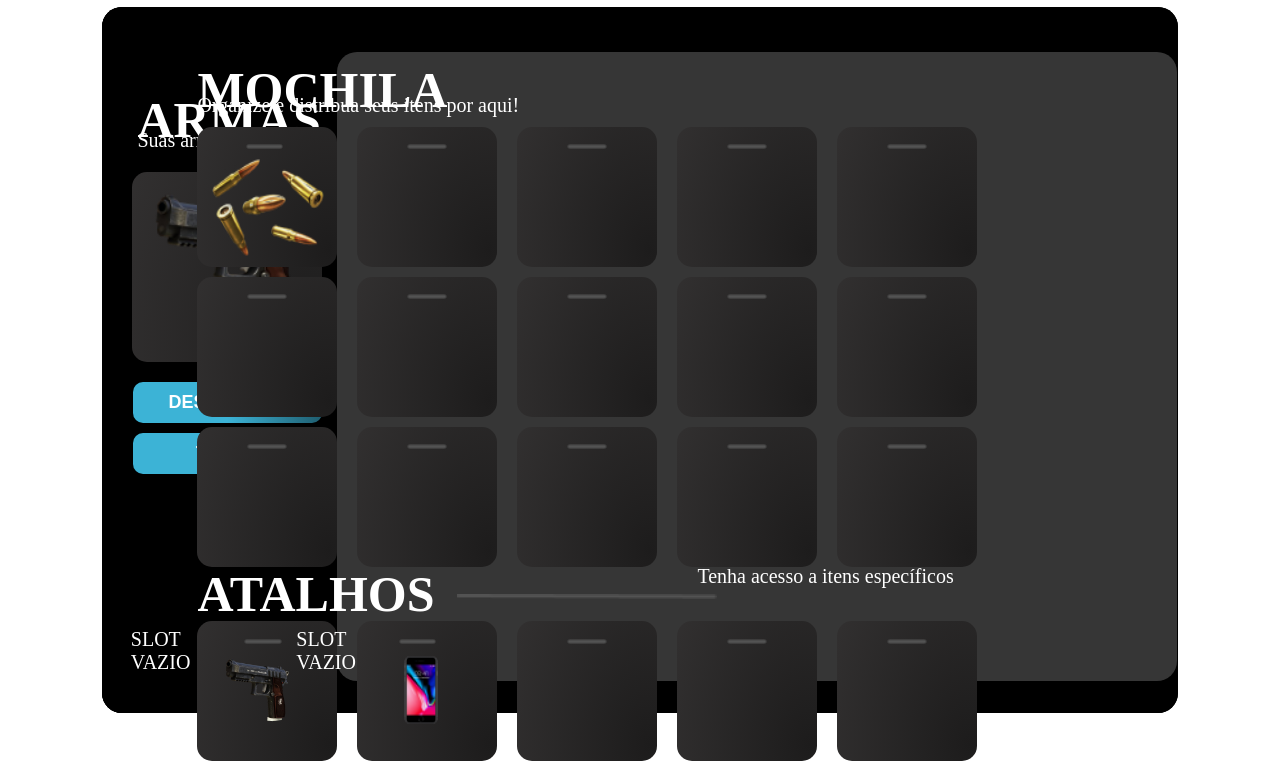
Repository: DuMCorrea/Mochila
Page: index.html
These files come from the project's save history. The page is drawn as it stood at one moment and after the next save; the edit follows.
The browser window is 1280 px wide. The pictures show the whole page.
Some web fonts or font styles are not loaded; a fallback is used.

Above is the page before, as saved 2024-09-03 10:19:27.

### index.html
<!DOCTYPE html>
<html lang="pt-BR">
<head>
    <meta charset="UTF-8">
    <meta name="viewport" content="width=device-width, initial-scale=1.0">
    <link href="https://fonts.googleapis.com/css2?family=Baloo+Bhai+2&display=swap" rel="stylesheet">
    <title>Modelo de Tela</title>
    <link rel="stylesheet" href="styles.css">
</head>
<body>
    <div class="container">
        <div class="background-rectangle">
            <div class="left-div">
                <div class="content-left">
                    <h1>ARMAS</h1>
                    <p>Suas armas equipadas!</p>
                    <div class="image-container">
                        <img src="assets/ARMA.png" alt="Imagem" />
                    </div>
                    <button class="desequipar-btn">DESEQUIPAR</button>
                    <button class="todas">TODAS</button>
                </div>
            </div>
            <div class="right-div">
                <div class="content-right">
                    <h1>MOCHILA</h1>
                    <p>Organize e distribua seus itens por aqui!</p>
                    <div class="squares-container">
                        <div class="square">
                            <img src="assets/traco.png" alt="Imagem" class="square-image-unic">
                            <img src="assets/balas.png" alt="Imagem" class="shots-image">
                        </div>
                        <div class="square">
                            <img src="assets/traco.png" alt="Imagem" class="square-image">
                        </div>
                        <div class="square">
                            <img src="assets/traco.png" alt="Imagem" class="square-image">
                        </div>
                        <div class="square">
                            <img src="assets/traco.png" alt="Imagem" class="square-image">
                        </div>
                        <div class="square">
                            <img src="assets/traco.png" alt="Imagem" class="square-image">
                        </div>
                    </div>
                    <!-- Segunda linha de quadrados -->
                    <div class="squares-containerr">
                        <div class="square">
                            <img src="assets/traco.png" alt="Imagem" class="square-image">
                        </div>
                        <div class="square">
                            <img src="assets/traco.png" alt="Imagem" class="square-image">
                        </div>
                        <div class="square">
                            <img src="assets/traco.png" alt="Imagem" class="square-image">
                        </div>
                        <div class="square">
                            <img src="assets/traco.png" alt="Imagem" class="square-image">
                        </div>
                        <div class="square">
                            <img src="assets/traco.png" alt="Imagem" class="square-image">
                        </div>
                    </div>

                    <!-- Terceira linha de quadrados -->
                    <div class="squares-containerrr">
                        <div class="square">
                            <img src="assets/traco.png" alt="Imagem" class="square-image">
                        </div>
                        <div class="square">
                            <img src="assets/traco.png" alt="Imagem" class="square-image">
                        </div>
                        <div class="square">
                            <img src="assets/traco.png" alt="Imagem" class="square-image">
                        </div>
                        <div class="square">
                            <img src="assets/traco.png" alt="Imagem" class="square-image">
                        </div>
                        <div class="square">
                            <img src="assets/traco.png" alt="Imagem" class="square-image">
                        </div>
                        </div>
                        <div class="atalhos-title-container">
                            <h1 class="atalhos-title">
                                ATALHOS
                                <img src="assets/linhaGrande.png" alt="Descrição da Imagem" class="atalhos-image">
                                <p class="atalhos-paragraph">Tenha acesso a itens específicos</p>
                            </h1>
                        </div>
                        <div class="shortcuts-container">
                            <div class="square">
                                <img src="assets/traco.png" alt="Imagem" class="square-image-unic">
                                <img src="assets/ARMA.png" class="arma-image">
                                <p style="font-size: 20px;">SLOT VAZIO</p>
                            </div>
                            <div class="square">
                                <img src="assets/traco.png" alt="Imagem" class="square-image-unic">
                                <img src="assets/celular.png" class="cell-image">
                                <p class="slot-text">SLOT VAZIO</p>
                            </div>
                            <div class="square">
                                <img src="assets/traco.png" alt="Imagem" class="square-image">
                            </div>
                            <div class="square">
                                <img src="assets/traco.png" alt="Imagem" class="square-image">
                            </div>
                            <div class="square">
                                <img src="assets/traco.png" alt="Imagem" class="square-image">
                            </div>
                        </div>

                        </div>
                        </div>
                        </div>
                        </div>
                        </body>

                        </html>

### styles.css
body, html {
    margin: 0;
    padding: 0;
    width: 100%;
    height: 100%;
    display: flex;
    justify-content: center;
    align-items: center;
    background-color: white; /* Fundo preto para o body */
    font-family: 'Baloo Bhai 2', cursive; /* Aplicando a fonte Baloo Bhai */
}

.container {
    width: 84%; /* Largura da div principal */
    height: 98%; /* Altura da div principal */
    display: flex;
    justify-content: center;
    align-items: center;
    background-color: #000000; /* Fundo preto para a div principal */
    border-radius: 20px; /* Canto arredondado */
    font-family: 'Baloo Bhai 2', cursive; /* Aplicando a fonte Baloo Bhai */
}

.background-rectangle {
    width: 100%;
    height: 100%;
    background: #000000; /* Fundo preto para o retângulo principal */
    border-radius: 20px; /* Cantos arredondados */
    display: flex;
}

.left-div {
    width: 22%; /* 25% da largura da tela */
    height: 100%;
    background-color: #000000; /* Fundo preto para a div esquerda */
    display: flex;
    justify-content: center;
    align-items: center;
    border-radius: 20px 0 0 20px; /* Canto arredondado à esquerda */
    font-family: 'Baloo Bhai 2', cursive; /* Aplicando a fonte Baloo Bhai */
}

.right-div {
    width: calc(110% - 20px); /* 73% da largura da tela menos a margem */
    height: calc(92% - 20px); /* 95% da altura menos a margem */
    background-color: #363636; /* Fundo cinza para a div direita */
    display: flex;
    justify-content: center;
    align-items: center;
    margin: 45px; /* Margem em torno da div da direita */
    border-radius: 20px; /* Cantos arredondados */
    font-family: 'Baloo Bhai 2', cursive; /* Aplicando a fonte Baloo Bhai */
}


/* DIV DA ESQUERDA */

.content-left {
    text-align: justify; /* Justifica o texto */
    display: flex;
    flex-direction: column;
    justify-content: flex-start; /* Alinha os elementos ao topo da div */
    align-items: center; /* Centraliza horizontalmente */
    height: 100%; /* Ocupa toda a altura da div esquerda */
    padding-top: 100px; /* Adiciona um espaçamento do topo */
}

.left-div h1 {
    color: white; /* Cor branca para o título */
    font-size: 50px; /* Tamanho da fonte do título */
    margin-bottom: -20px; /* Espaçamento negativo para aproximar o parágrafo */
    font-weight: 900;
    width: 100%; /* Para garantir que a justificação funcione */
    text-align: justify; /* Justifica o texto do título */
    position: relative;
    left: 35px;
}

.left-div p {
    color: white; /* Cor branca para a frase */
    font-size: 20px; /* Tamanho da fonte da frase */
    margin-top: 0; /* Remove a margem superior do parágrafo */
    width: 100%; /* Para garantir que a justificação funcione */
    text-align: justify; /* Justifica o texto da frase */
    font-weight: 100;
    position: relative;
    left: 35px;
}

.image-container {
    width: 190px; /* Largura do quadrado */
    height: 190px; /* Altura do quadrado */
    background: radial-gradient(547.21% 823.76% at 94.51% 88.04%, #1D1C1C 0%, #837E7E 100%); /* Fundo com gradiente */
    border-radius: 15px; /* Borda arredondada */
    display: flex;
    justify-content: center;
    align-items: center;
    margin-top: 0px; /* Espaçamento acima da imagem */
    position: relative;
    left: 30px;
}

.image-container img {
    width: 85%; /* Ajusta o tamanho da imagem para caber no container */
    height: 85%; /* Ajusta o tamanho da imagem para caber no container */
    border-radius: 15px; /* Borda arredondada da imagem para combinar com o container */
}

.desequipar-btn {
    margin-top: 20px; /* Espaçamento acima do botão */
    padding: 10px 20px; /* Espaçamento interno do botão */
    background: linear-gradient(90deg, #3CB3D6 49.9%, #1F5E70 100%); /* Fundo com gradiente */
    color: white; /* Cor do texto */
    font-size: 18px; /* Tamanho da fonte */
    font-weight: bold; /* Negrito no texto */
    border: none; /* Remove a borda padrão do botão */
    border-radius: 10px; /* Bordas arredondadas */
    cursor: pointer; /* Cursor de ponteiro ao passar o mouse */
    text-align: center; /* Centraliza o texto no botão */
    width: 189px; /* Largura do botão */
    position: relative;
    left: 30px;
}

.todas {
    margin-top: 10px; /* Espaçamento acima do botão */
    padding: 10px 20px; /* Espaçamento interno do botão */
    background: linear-gradient(90deg, #3CB3D6 49.9%, #1F5E70 100%); /* Fundo com gradiente */
    color: white; /* Cor do texto */
    font-size: 18px; /* Tamanho da fonte */
    font-weight: bold; /* Negrito no texto */
    border: none; /* Remove a borda padrão do botão */
    border-radius: 10px; /* Bordas arredondadas */
    cursor: pointer; /* Cursor de ponteiro ao passar o mouse */
    text-align: center; /* Centraliza o texto no botão */
    width: 189px; /* Largura do botão */
    position: relative;
    left: 30px;
}


/* DIV DA DIREITA */


.content-right {
    display: flex;
    flex-direction: column;
    justify-content: flex-start; /* Alinha os elementos ao topo da div */
    align-items: flex-start; /* Alinha os elementos à esquerda */
    height: 100%; /* Ocupa toda a altura da div direita */
    padding: 20px; /* Adiciona um espaçamento interno */
}

.right-div h1 {
    color: white; /* Cor branca para o título */
    font-size: 50px; /* Tamanho da fonte do título */
    margin-bottom: -20px; /* Espaçamento negativo para aproximar o parágrafo */
    font-weight: 900;
    width: 100%; /* Para garantir que a justificação funcione */
    text-align: left; /* Alinha o texto à esquerda */
    position: relative; /* Posicionamento relativo para o elemento abaixo */
    right: 160px;
    bottom: 25px;
}

.right-div p {
    color: white; /* Cor branca para a frase */
    font-size: 20px; /* Tamanho da fonte da frase */
    margin-top: 0; /* Remove a margem superior do parágrafo */
    width: 100%; /* Para garantir que a justificação funcione */
    text-align: left; /* Alinha o texto à esquerda */
    font-weight: 100;
    position: relative; /* Posicionamento relativo para o elemento abaixo */
    right: 160px;
    bottom: 30px;
}

.squares-container {
    display: flex; /* Exibe os quadrados em linha */
    justify-content: center; /* Centraliza os quadrados horizontalmente */
    align-items: center; /* Centraliza os quadrados verticalmente */
    width: 100%; /* Largura total para o contêiner */
    height: 50%; /* Altura do contêiner */
    position: relative;
    right: 170px;
    bottom: 40px;
}

.squares-containerr {
    display: flex; /* Exibe os quadrados em linha */
    justify-content: center; /* Centraliza os quadrados horizontalmente */
    align-items: center; /* Centraliza os quadrados verticalmente */
    width: 100%; /* Largura total para o contêiner */
    height: 50%; /* Altura do contêiner */
    position: relative;
    right: 170px;
    bottom: 30px;

}
.squares-containerrr {
    display: flex; /* Exibe os quadrados em linha */
    justify-content: center; /* Centraliza os quadrados horizontalmente */
    align-items: center; /* Centraliza os quadrados verticalmente */
    width: 100%; /* Largura total para o contêiner */
    height: 50%; /* Altura do contêiner */
    position: relative;
    right: 170px;
    bottom: 20px;
}

.square {
    width: 140px; /* Largura dos quadrados */
    height: 140px; /* Altura dos quadrados */
    background: radial-gradient(547.21% 823.76% at 94.51% 88.04%, #1D1C1C 0%, #837E7E 100%); /* Gradiente de fundo */
    border-radius: 15px; /* Bordas arredondadas */
    margin: 0 10px 0px 10px; /* Espaçamento entre os quadrados e entre as linhas */
    display: flex;
    justify-content: center; /* Centraliza horizontalmente o conteúdo */
    align-items: center; /* Centraliza verticalmente o conteúdo */
}

.square-image {
    width: 40px; /* Tamanho da imagem dentro dos quadrados */
    height: 5px;
    position: relative;
    bottom: 50px;
}

.square-image-unic {
    width: 40px; /* Tamanho da imagem dentro dos quadrados */
    height: 5px;
    position: relative;
    bottom: 50px;
    left: 60px;
}

.shots-image {
    width: 90%; /* Tamanho da imagem dentro dos quadrados */
    height: 70%;
    position: relative;
    top: 10px;
    right: 20px;
}


.shortcuts-container {
    display: flex;
    justify-content: center;
    align-items: center;
    width: 100%;
    position: relative;
    right: 170px;
    bottom: 80px;
}

.atalhos-title-container {
    display: flex;
    align-items: center;
    justify-content: flex-start;
    position: relative;
    right: 0px;
    bottom: 30px;
}

.atalhos-image {
    width: 260px; /* Ajuste o tamanho da imagem conforme necessário */
    height: 5px;
    position: relative;
    bottom: 12px;
    left: 10px;
}

.atalhos-paragraph {
    color: white;
    font-size: 20px; /* Ajuste o tamanho do texto conforme necessário */
    position: relative;
    top: -58px;
    left: 500px;
}

.arma-image {
    width: 70px; /* Ajuste o tamanho da imagem conforme necessário */
    height: 70px;
    position: relative;
    bottom: 1px;
}

.cell-image {
    width: 80px; /* Ajuste o tamanho da imagem conforme necessário */
    height: 80px;
    position: relative;
    bottom: 1px;
    left: 5px;
}

After the next save:
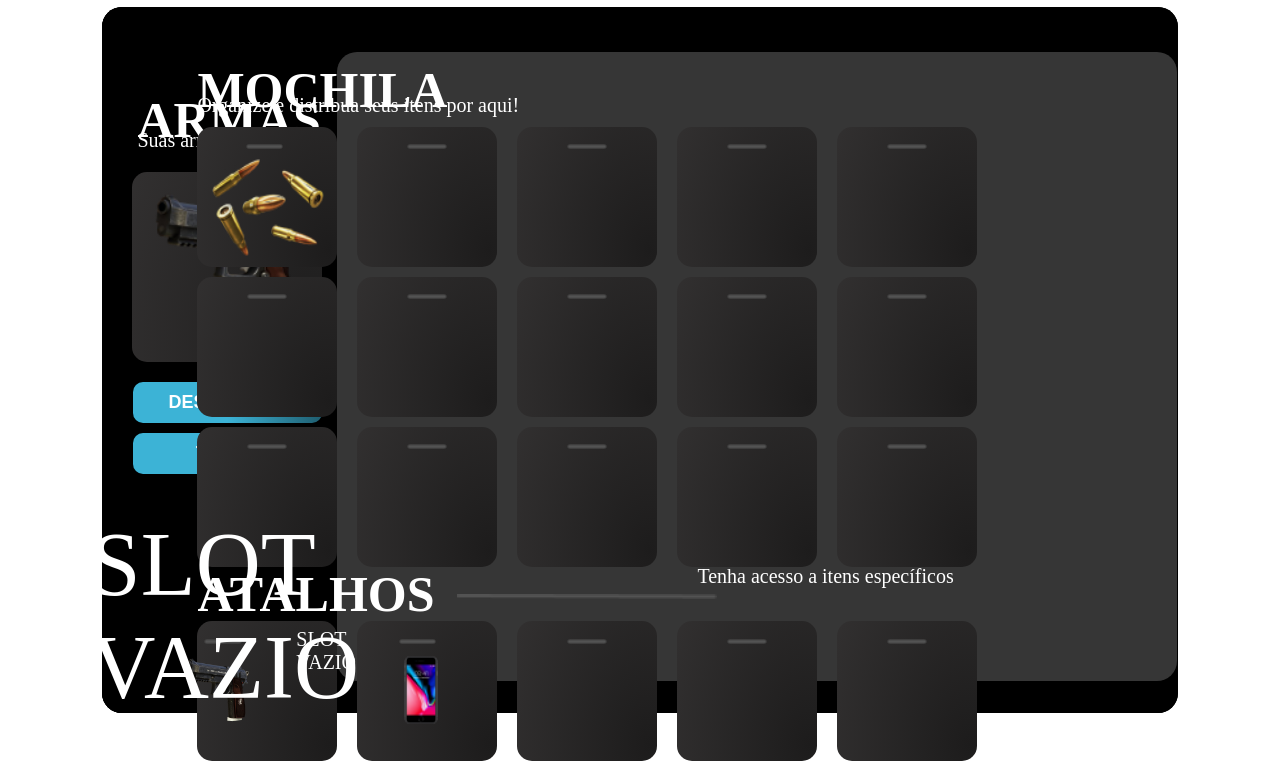
Saved 7 s later.
--- a/index.html
+++ b/index.html
@@ -91,7 +91,7 @@
                             <div class="square">
                                 <img src="assets/traco.png" alt="Imagem" class="square-image-unic">
                                 <img src="assets/ARMA.png" class="arma-image">
-                                <p style="font-size: 20px;">SLOT VAZIO</p>
+                                <p style="font-size: 90px;">SLOT VAZIO</p>
                             </div>
                             <div class="square">
                                 <img src="assets/traco.png" alt="Imagem" class="square-image-unic">

After the 2 saves that followed:
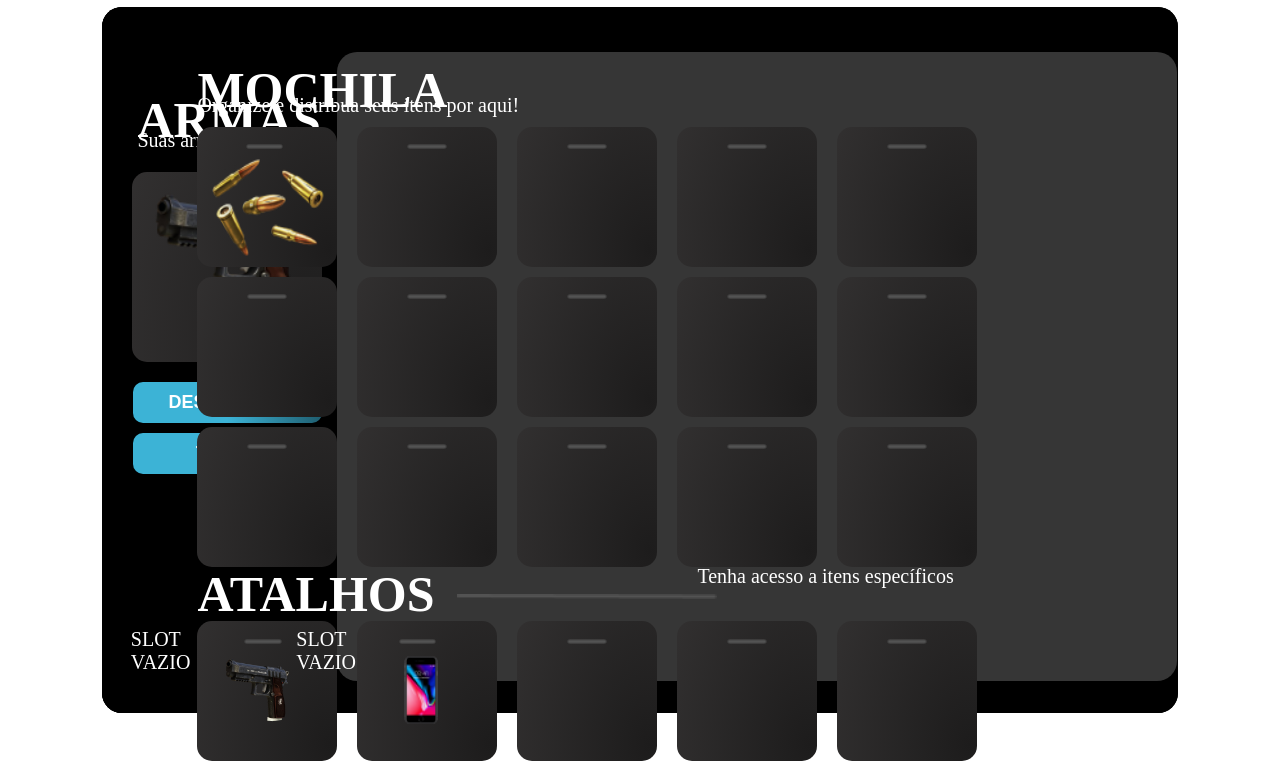
The 2 saves are shown as one change because they came seconds apart.
The last was saved 7 s later.
--- a/index.html
+++ b/index.html
@@ -91,7 +91,7 @@
                             <div class="square">
                                 <img src="assets/traco.png" alt="Imagem" class="square-image-unic">
                                 <img src="assets/ARMA.png" class="arma-image">
-                                <p style="font-size: 90px;">SLOT VAZIO</p>
+                                <p style="font-size: 20px;">SLOT VAZIO</p>
                             </div>
                             <div class="square">
                                 <img src="assets/traco.png" alt="Imagem" class="square-image-unic">
